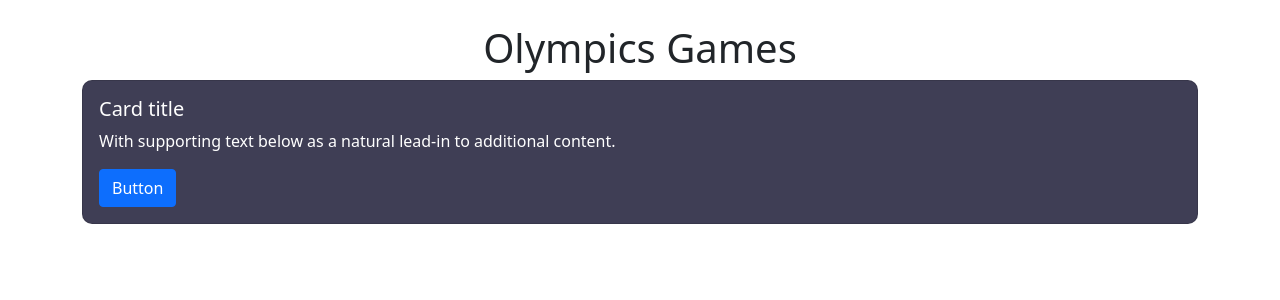
Repository: ahmedazawi/olympic_games
Page: client/views/index.html
The author's editor kept a copy of each file at every save. The page is drawn from the files as they stood at one save, then again after the next save.
The browser window is 1280 px wide. The pictures show the whole page.

Above is the page before, as saved 2021-12-24 12:55:40.

After the next save:
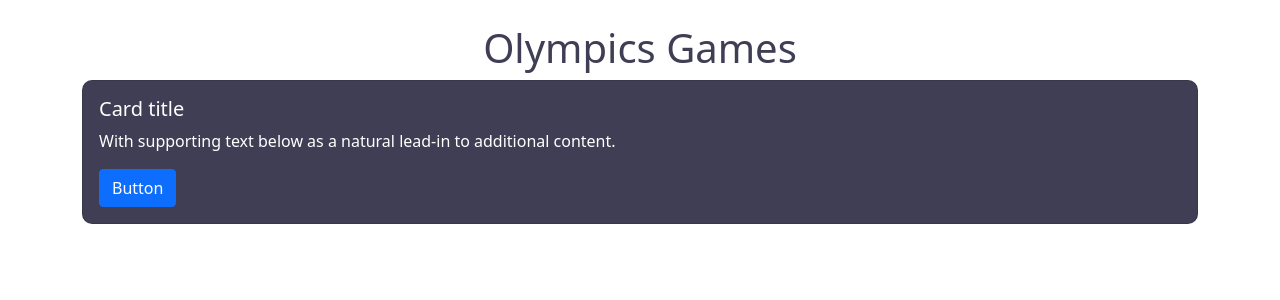
Saved 22 s later.
--- a/client/assets/css/index.css
+++ b/client/assets/css/index.css
@@ -1,5 +1,8 @@
 * {
   --appColor: rgb(63, 62, 85);
+}
+body {
+  color: var(--appColor);
 }
 .body-container .card {
   border-radius: 10px;
